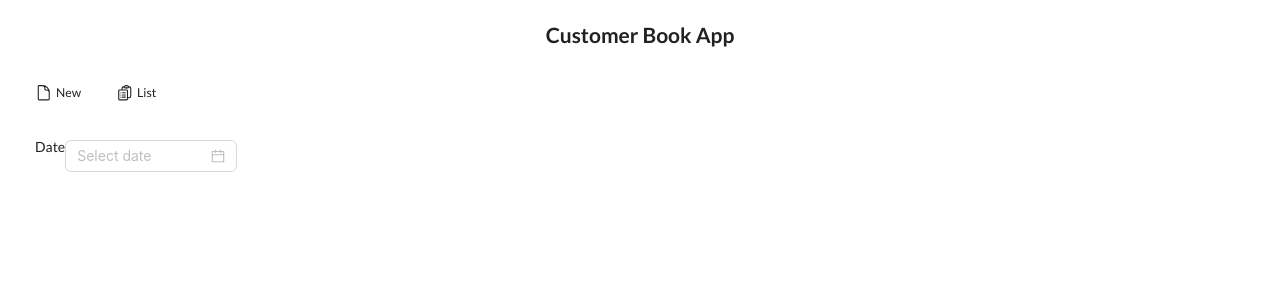
Repository: higirobruce/customerbookapp
Page: /, after clicking the first element matching `div.space-x-1`
These files come from the project's save history. The page is drawn as it stood at one moment and after the next save; the edit follows.
The browser window is 1280 px wide. The pictures show the whole page.
The project was rebuilt for these pictures with package versions that can differ from the ones it lists, and the page was loaded fresh each time. The framework's server and built-in components were replaced by stand-ins that run in the browser. Also part of the build but not shown: next.config.js, components/layout/sidebar.js.

Above is the page before, as saved 2022-11-24 23:14:59.

After the next save:
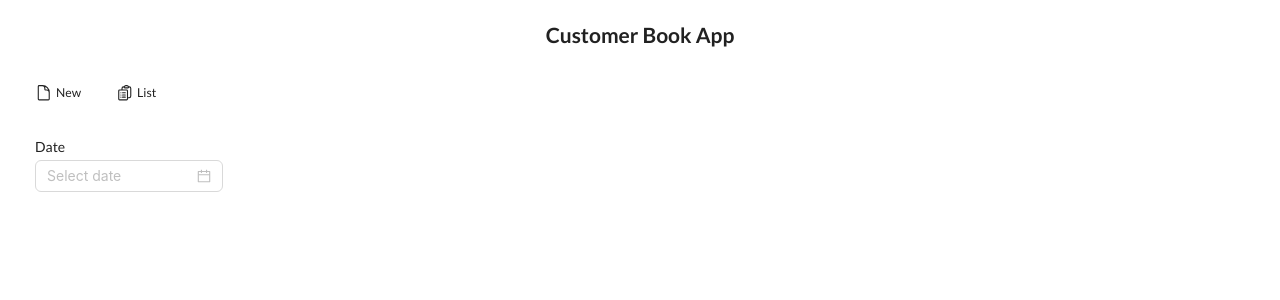
Saved 9 s later.
--- a/components/common/form.js
+++ b/components/common/form.js
@@ -4,7 +4,7 @@ import {DatePicker} from 'antd'
 export default function Form() {
   return (
     <div className='grid grid-cols-6'>
-      <div className='flex felx-col space-y-1 items-start'>
+      <div className='flex flex-col space-y-1 items-start'>
         <div>Date</div>
         <div><DatePicker/></div>
       </div>
